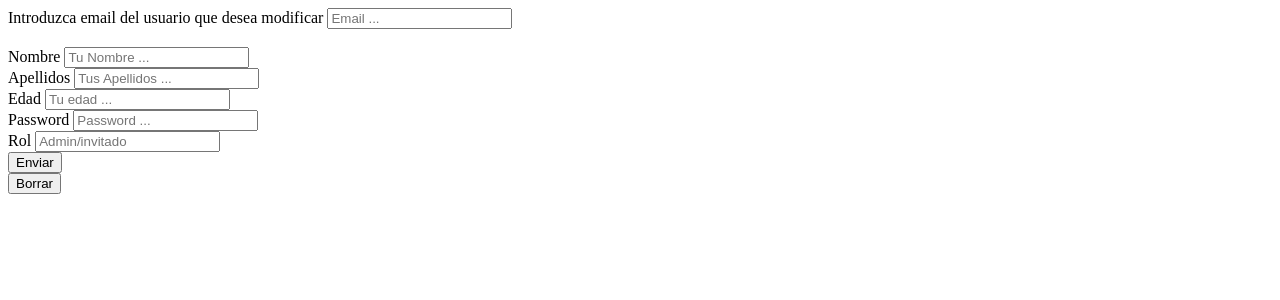
Repository: nachmz42/ProyectoJoker
Page: http://localhost/Joker/modificarusuario.jsp
The author's editor kept a copy of each file at every save. The page is drawn from the files as they stood at one save, then again after the next save.
The browser window is 1280 px wide. The pictures show the whole page.
The page is served by Tomcat 9.

Above is the page before, as saved 2021-07-01 14:40:42.

After the next save:
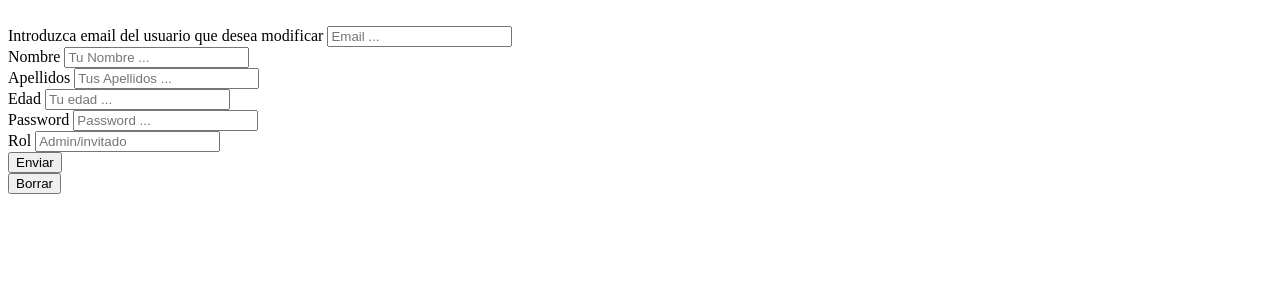
Saved 4 min 39 s later.
--- a/Joker/src/main/webapp/modificarusuario.jsp
+++ b/Joker/src/main/webapp/modificarusuario.jsp
@@ -9,12 +9,10 @@
 <body>
 
 <div>
+  <form action="/Joker/ServletAltausuario" method="post"><br>
 
-    <label for="email">Introduzca email del usuario que desea modificar</label>
+  	<label for="email">Introduzca email del usuario que desea modificar</label>
     <input type="email" id="email" name="email" placeholder="Email ..."><br>
-
-
-  <form action="/Joker/ServletAltausuario" method="post"><br>
     <label for="nombre">Nombre</label>
     <input type="text" id="nombre" name="nombre" placeholder="Tu Nombre ..."><br>
 
